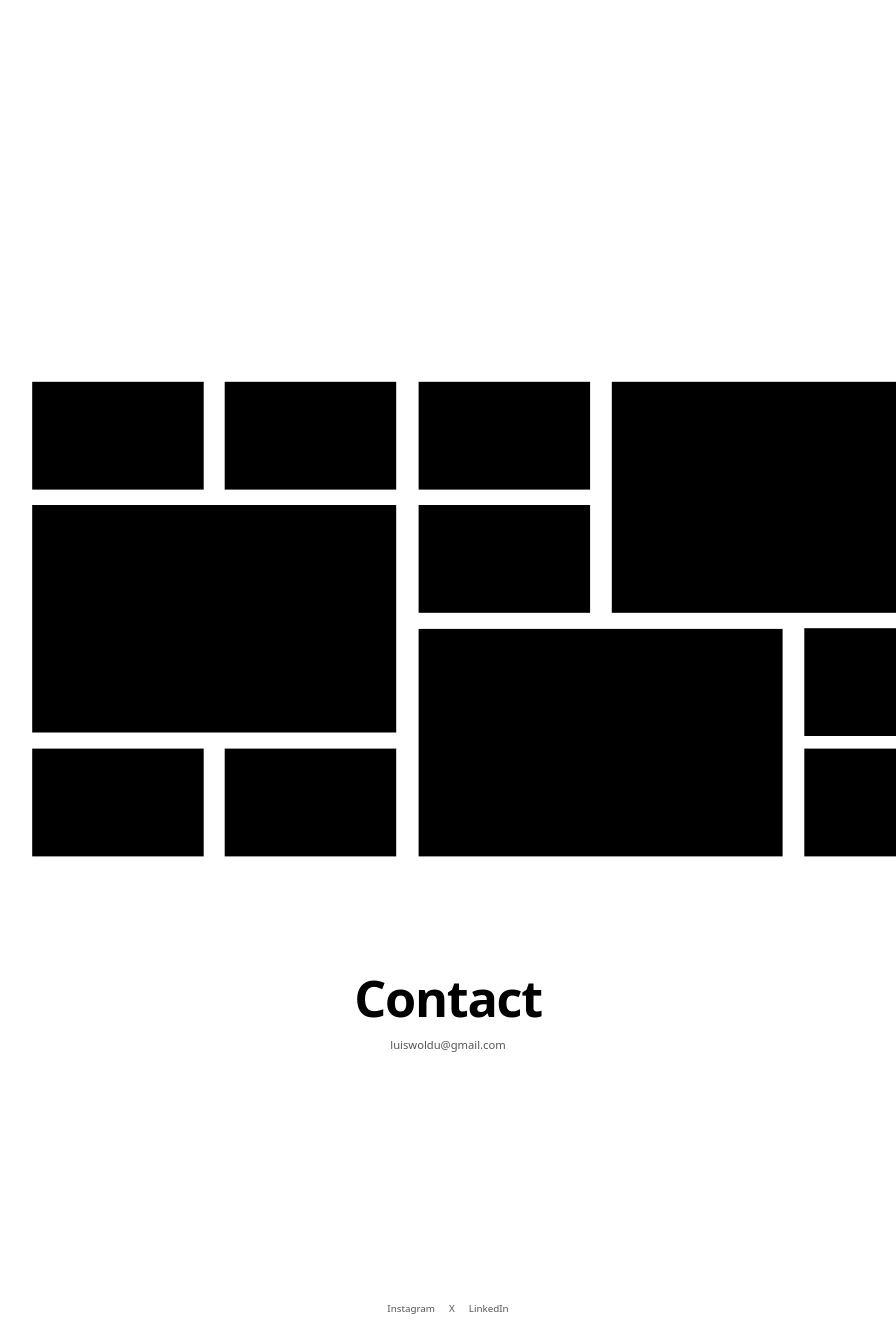
Repository: luiswoldu/personal
Page: /
An editor plug-in stored every save of this project. The page is shown before and after the next save, followed by the edit.
The browser window is 1280 px wide. The pictures show the part of the page from y = 918 to 2838 px (the page is 2838 px tall), at 70% of full size.
The project was rebuilt for these pictures with package versions that can differ from the ones it lists, and the page was loaded fresh each time. Also part of the build but not shown: vite.config.js.

Above is the page before, as saved 2025-01-08 22:26:50.

After the next save:
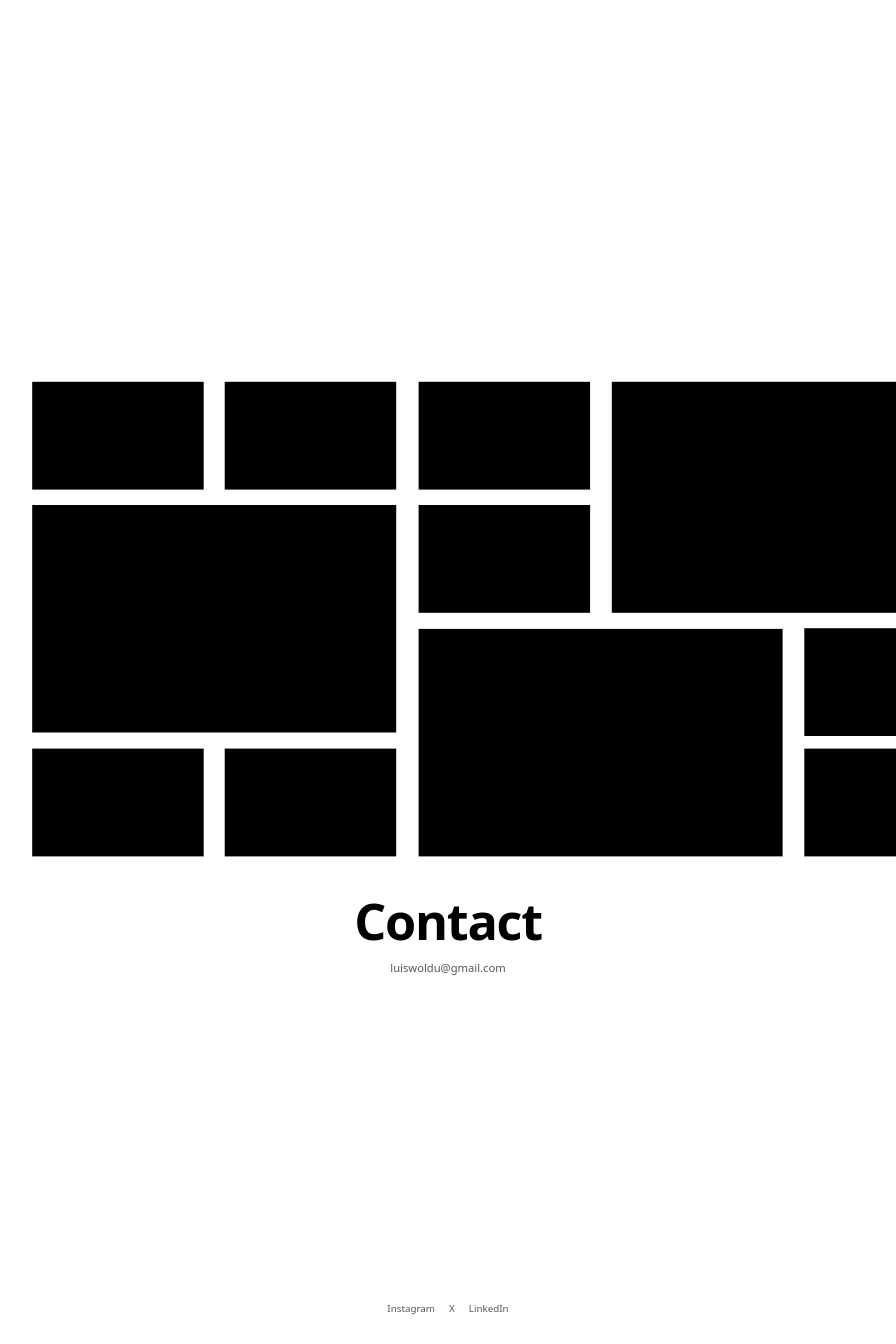
Saved 52 s later.
--- a/src/components/Contact.jsx
+++ b/src/components/Contact.jsx
@@ -26,7 +26,7 @@
     position: 'relative',
     zIndex: 1,
     margin: 0,
-    padding: '120px 0 28px 0', // Reduced padding-bottom by 30% (from 40px to 28px)
+    padding: '10px 0 28px 0', // Reduced padding-bottom by 30% (from 40px to 28px)
     width: '100%',
   }}>
 

After the save that followed:
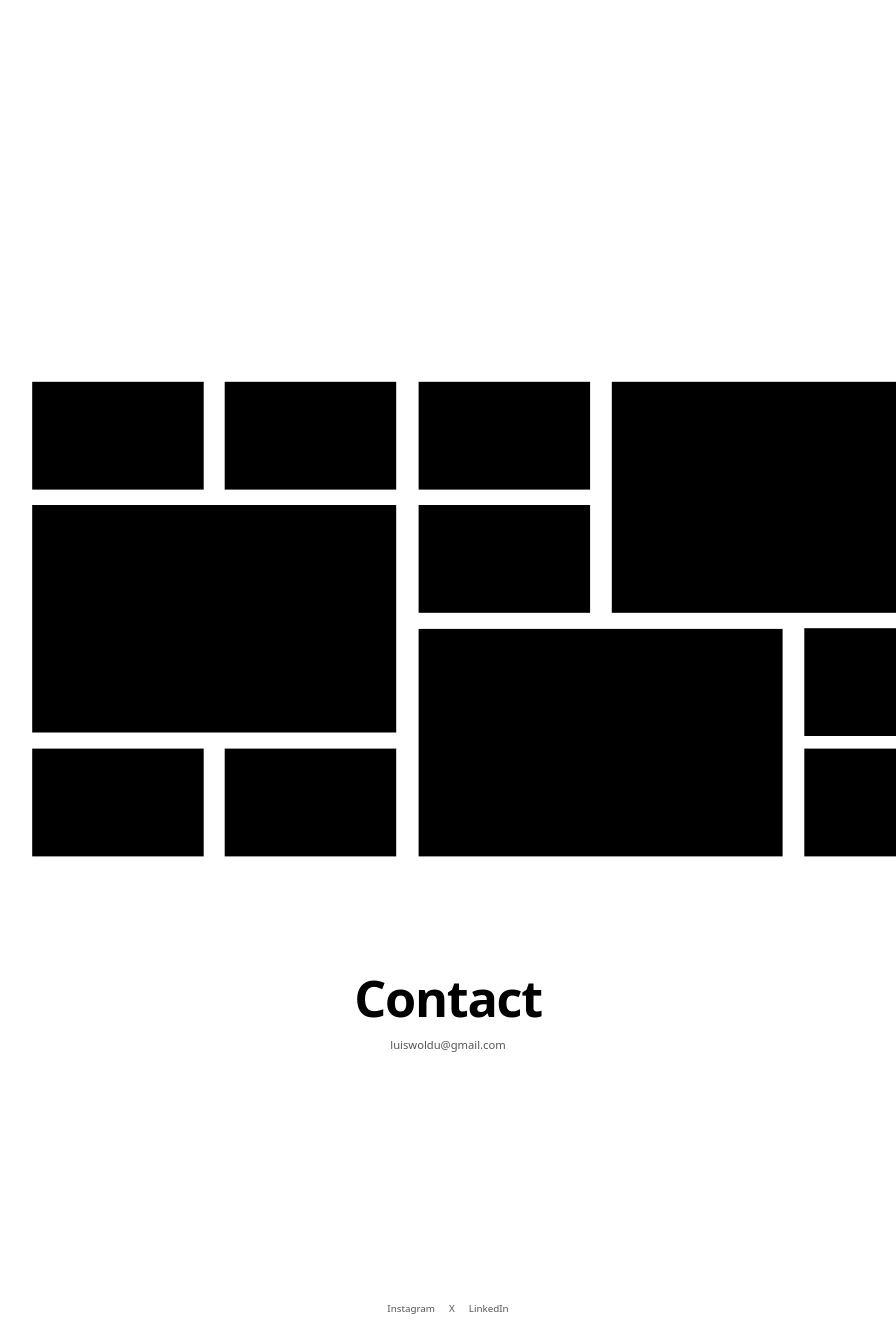
Saved 8 s later.
--- a/src/components/Contact.jsx
+++ b/src/components/Contact.jsx
@@ -26,7 +26,7 @@
     position: 'relative',
     zIndex: 1,
     margin: 0,
-    padding: '10px 0 28px 0', // Reduced padding-bottom by 30% (from 40px to 28px)
+    padding: '120px 0 28px 0', // Reduced padding-bottom by 30% (from 40px to 28px)
     width: '100%',
   }}>
 
